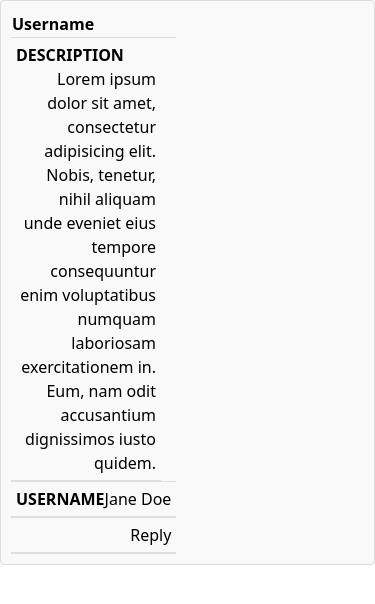
Repository: Yahya9102/Java22-ux22-Sideproject-main
Page: /
The author's editor kept a copy of each file at every save. The page is drawn from the files as they stood at one save, then again after a run of saves.
The browser window is 375 px wide. The pictures show the whole page.
The project was rebuilt for these pictures with package versions that can differ from the ones it lists, and the page was loaded fresh each time. The framework's server and built-in components were replaced by stand-ins that run in the browser. Also part of the build but not shown: next.config.js.

Above is the page before, as saved 2023-04-13 10:11:24.

### pages/index.tsx
import { NextPage } from "next"
import Body from "@/p-components/body"

interface Props {}

const Index: NextPage<Props> = ({}) => {
  return (
    <div>
      <Body />
    </div>
  )
}

export default Index

### styles/globals.css
@tailwind base;
@tailwind components;
@tailwind utilities;
/*
:root {
  --max-width: 1100px;
  --border-radius: 12px;
  --font-mono: ui-monospace, Menlo, Monaco, "Cascadia Mono", "Segoe UI Mono",
    "Roboto Mono", "Oxygen Mono", "Ubuntu Monospace", "Source Code Pro",
    "Fira Mono", "Droid Sans Mono", "Courier New", monospace;

  --foreground-rgb: 0, 0, 0;
  --background-start-rgb: 214, 219, 220;
  --background-end-rgb: 255, 255, 255;

  --primary-glow: conic-gradient(
    from 180deg at 50% 50%,
    #16abff33 0deg,
    #0885ff33 55deg,
    #54d6ff33 120deg,
    #0071ff33 160deg,
    transparent 360deg
  );
  --secondary-glow: radial-gradient(
    rgba(255, 255, 255, 1),
    rgba(255, 255, 255, 0)
  );

  --tile-start-rgb: 239, 245, 249;
  --tile-end-rgb: 228, 232, 233;
  --tile-border: conic-gradient(
    #00000080,
    #00000040,
    #00000030,
    #00000020,
    #00000010,
    #00000010,
    #00000080
  );

  --callout-rgb: 238, 240, 241;
  --callout-border-rgb: 172, 175, 176;
  --card-rgb: 180, 185, 188;
  --card-border-rgb: 131, 134, 135;
}

@media (prefers-color-scheme: dark) {
  :root {
    --foreground-rgb: 255, 255, 255;
    --background-start-rgb: 0, 0, 0;
    --background-end-rgb: 0, 0, 0;

    --primary-glow: radial-gradient(rgba(1, 65, 255, 0.4), rgba(1, 65, 255, 0));
    --secondary-glow: linear-gradient(
      to bottom right,
      rgba(1, 65, 255, 0),
      rgba(1, 65, 255, 0),
      rgba(1, 65, 255, 0.3)
    );

    --tile-start-rgb: 2, 13, 46;
    --tile-end-rgb: 2, 5, 19;
    --tile-border: conic-gradient(
      #ffffff80,
      #ffffff40,
      #ffffff30,
      #ffffff20,
      #ffffff10,
      #ffffff10,
      #ffffff80
    );

    --callout-rgb: 20, 20, 20;
    --callout-border-rgb: 108, 108, 108;
    --card-rgb: 100, 100, 100;
    --card-border-rgb: 200, 200, 200;
  }
}

* {
  box-sizing: border-box;
  padding: 0;
  margin: 0;
}

html,
body {
  max-width: 100vw;
  overflow-x: hidden;
}

body {
  color: rgb(var(--foreground-rgb));
  background: linear-gradient(
      to bottom,
      transparent,
      rgb(var(--background-end-rgb))
    )
    rgb(var(--background-start-rgb));
}

a {
  color: inherit;
  text-decoration: none;
}

@media (prefers-color-scheme: dark) {
  html {
    color-scheme: dark;
  }
}
*/

### p-components/body.tsx
import { NextPage } from "next"
import styles from "p-components/styles/body.module.css"

interface Props {}

const Body: NextPage<Props> = ({}) => {
  return (
    <fieldset className={styles.fieldset_body}>
      <table>
        <thead>
          <tr>
            <th className={styles.tableHeader_body}>Username</th>
          </tr>
        </thead>
        <tbody>
          <tr>
            <td data-label="Description">
              Lorem ipsum dolor sit amet, consectetur adipisicing elit. Nobis,
              tenetur, nihil aliquam unde eveniet eius tempore consequuntur enim
              voluptatibus numquam laboriosam exercitationem in. Eum, nam odit
              accusantium dignissimos iusto quidem.
            </td>
          </tr>
          <tr>
            <td data-label="Username">Jane Doe</td>
          </tr>
          <tr>
            <td>
              <button>Reply</button>
            </td>
          </tr>
        </tbody>
      </table>
    </fieldset>
  )
}

export default Body

### p-components/styles/body.module.css
/* Add a background color and border to the fieldset */
.fieldset_body {
  background-color: #f9f9f9;
  border: 1px solid #ddd;
  border-radius: 4px;
  padding: 10px;
}

/* Reduce the font size of the table headers for mobile */
@media screen and (max-width: 480px) {
  .table-header {
    font-size: 16px;
  }
}

/* Make the table responsive for mobile */
@media screen and (max-width: 480px) {
  /* Display the table rows as columns */
  tr {
    display: block;
    border-bottom: 1px solid #ddd;
  }

  /* Display the table cells as block elements */
  td {
    display: block;
    text-align: right;
    border-bottom: 1px solid #ddd;
    padding: 5px;
  }

  /* Set a fixed width for the table cells with the data-label attribute */
  td[data-label="Description"] {
    width: 150px;
  }

  /* Add a pseudo-element to display the table header as a label for mobile */
  td:before {
    content: attr(data-label);
    float: left;
    font-weight: bold;
    text-transform: uppercase;
  }
}

Loaded but not shown: pages/_app.tsx (common file); pages/_document.tsx (common file); tailwind.config.js (common file)

After the next 2 saves:
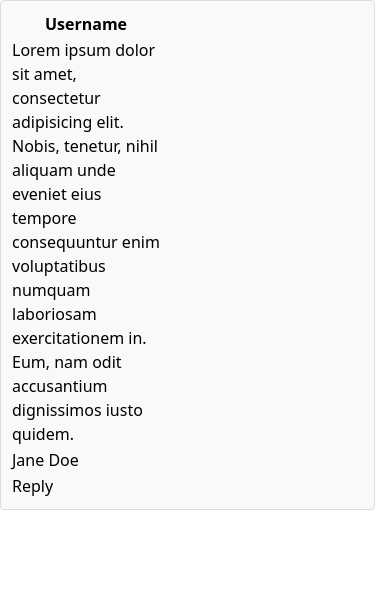
The 2 saves are shown as one change because they came seconds apart.
The last was saved 17 s later.
--- a/p-components/styles/body.module.css
+++ b/p-components/styles/body.module.css
@@ -15,30 +15,8 @@
 
 /* Make the table responsive for mobile */
 @media screen and (max-width: 480px) {
-  /* Display the table rows as columns */
-  tr {
-    display: block;
-    border-bottom: 1px solid #ddd;
-  }
-
-  /* Display the table cells as block elements */
-  td {
-    display: block;
-    text-align: right;
-    border-bottom: 1px solid #ddd;
-    padding: 5px;
-  }
-
   /* Set a fixed width for the table cells with the data-label attribute */
   td[data-label="Description"] {
     width: 150px;
   }
-
-  /* Add a pseudo-element to display the table header as a label for mobile */
-  td:before {
-    content: attr(data-label);
-    float: left;
-    font-weight: bold;
-    text-transform: uppercase;
-  }
 }
